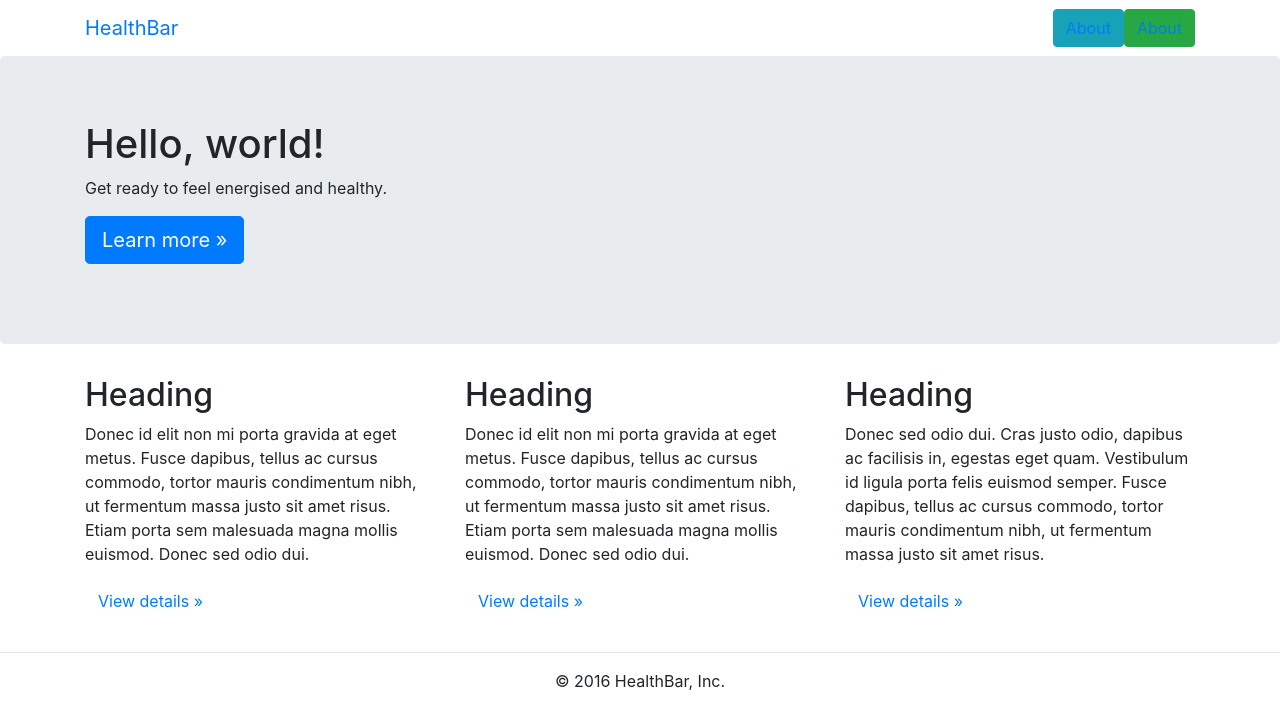
Repository: AdaLover/demoExpressApp
Page: http://localhost/
These files come from the project's save history. The page is drawn as it stood at one moment and after the next save; the edit follows.
The browser window is 1280 px wide. The pictures show the whole page.
The page is served by the project's Node server (app.js).

Above is the page before, as saved 2018-01-29 18:28:50.

### views/index.pug
extends layout

block content
    .jumbotron
      .container
        h1 Hello, world!
        p
          | Get ready to feel energised and healthy.
        p
          a.btn.btn-primary.btn-lg(href="#" role="button") Learn more »
    .container
      // Example row of columns
      .row
        .col-md-4
          h2 Heading
          p
            | Donec id elit non mi porta gravida at eget metus. Fusce dapibus, tellus ac cursus commodo, tortor mauris condimentum nibh, ut fermentum massa justo sit amet risus. Etiam porta sem malesuada magna mollis euismod. Donec sed odio dui.
          p
            a.btn.btn-default(href="#" role="button") View details »
        .col-md-4
          h2 Heading
          p
            | Donec id elit non mi porta gravida at eget metus. Fusce dapibus, tellus ac cursus commodo, tortor mauris condimentum nibh, ut fermentum massa justo sit amet risus. Etiam porta sem malesuada magna mollis euismod. Donec sed odio dui.
          p
            a.btn.btn-default(href="#" role="button") View details »
        .col-md-4
          h2 Heading
          p
            | Donec sed odio dui. Cras justo odio, dapibus ac facilisis in, egestas eget quam. Vestibulum id ligula porta felis euismod semper. Fusce dapibus, tellus ac cursus commodo, tortor mauris condimentum nibh, ut fermentum massa justo sit amet risus.
          p
            a.btn.btn-default(href="#" role="button") View details »

### views/layout.pug
doctype html
html(lang="en")
  head
    title Jumbotron Template for Bootstrap
    link(rel="stylesheet" href="https://maxcdn.bootstrapcdn.com/bootstrap/4.0.0/css/bootstrap.min.css" integrity="sha384-Gn5384xqQ1aoWXA+058RXPxPg6fy4IWvTNh0E263XmFcJlSAwiGgFAW/dAiS6JXm" crossorigin="anonymous")
  body
    nav.navbar.navbar-inverse.navbar-fixed-top
      .container
        .navbar-header
          a.navbar-brand(href="/") HealthBar
        #navbar
            button.btn.btn-info()
             a(href="about") About
            button.btn.btn-success()
             a(href="about") About
    block content
    hr
    footer
     p(class='text-center') © 2016 HealthBar, Inc.

### app.js
const express = require('express');
const path  =  require('path');
const bodyParser = require('body-parser');
const nodemailer = require('nodemailer');

const app = express();

app.use(bodyParser.json());
app.use(bodyParser.urlencoded({'extended':false}));

app.set('views', path.join(__dirname,'views'));
app.set('view engine','pug');

app.get('/',(req,rew)=>{
    rew.render('index');
});
app.get('/about',(req,rew)=>{
    rew.render('about');
});

app.listen(5000);
console.log("server running on port 5000.");

After the next save:
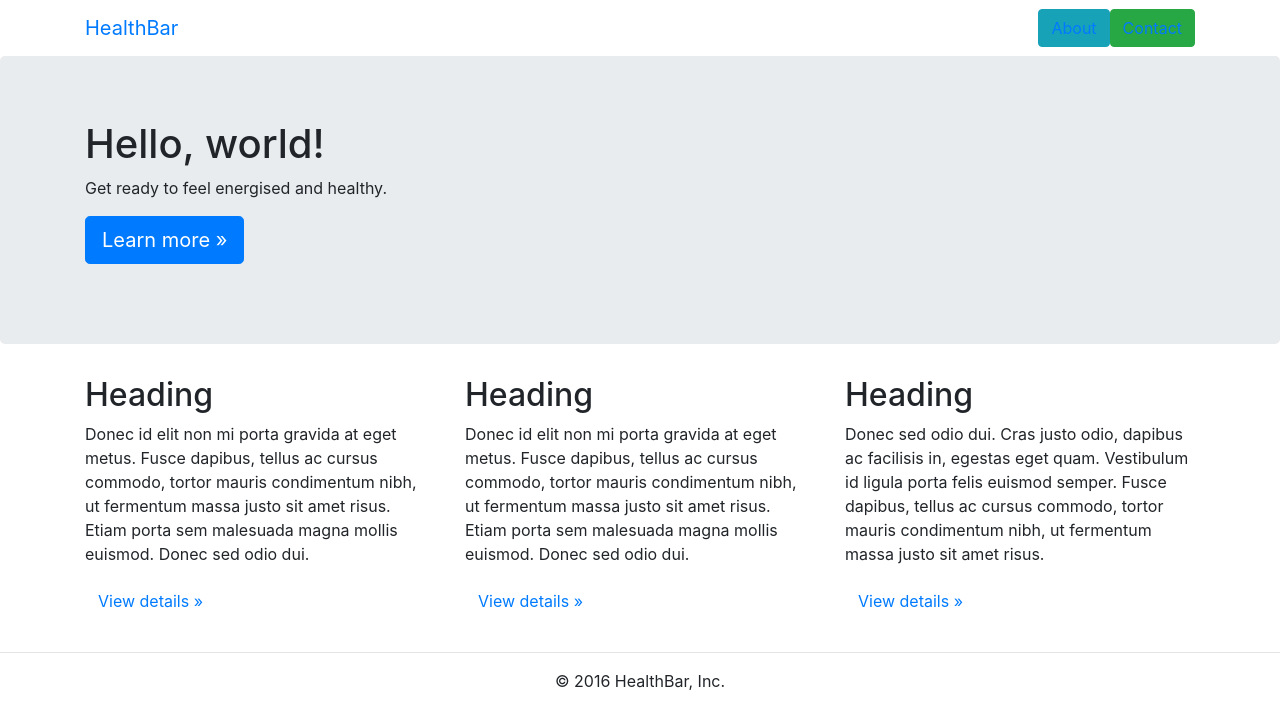
Saved 15 s later.
--- a/views/layout.pug
+++ b/views/layout.pug
@@ -12,7 +12,7 @@ html(lang="en")
             button.btn.btn-info()
              a(href="about") About
             button.btn.btn-success()
-             a(href="about") About
+             a(href="contact") Contact
     block content
     hr
     footer
